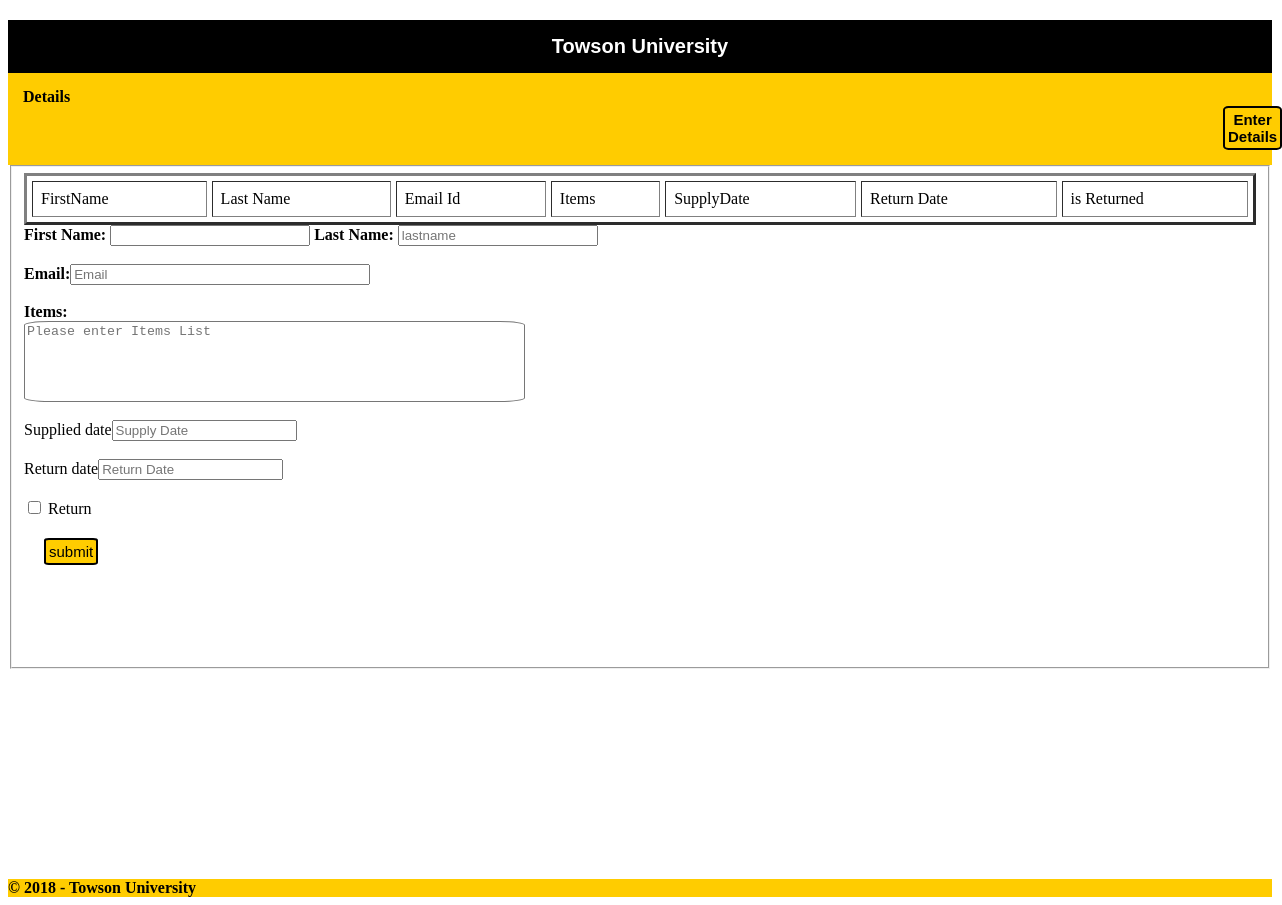
Repository: DatabaseCOSC578/eclipse-workspace11
Page: http://localhost/Supervisor/Supervisorshow.jsp
These files come from the project's save history. The page is drawn as it stood at one moment and after the next save; the edit follows.
The browser window is 1280 px wide. The page is 1282 px wide, so the pictures cover 1282 px, including what lies to the right of the window. The pictures show the whole page.
The page is served by Tomcat 9.

Above is the page before, as saved 2018-04-16 03:15:09.

After the next save:
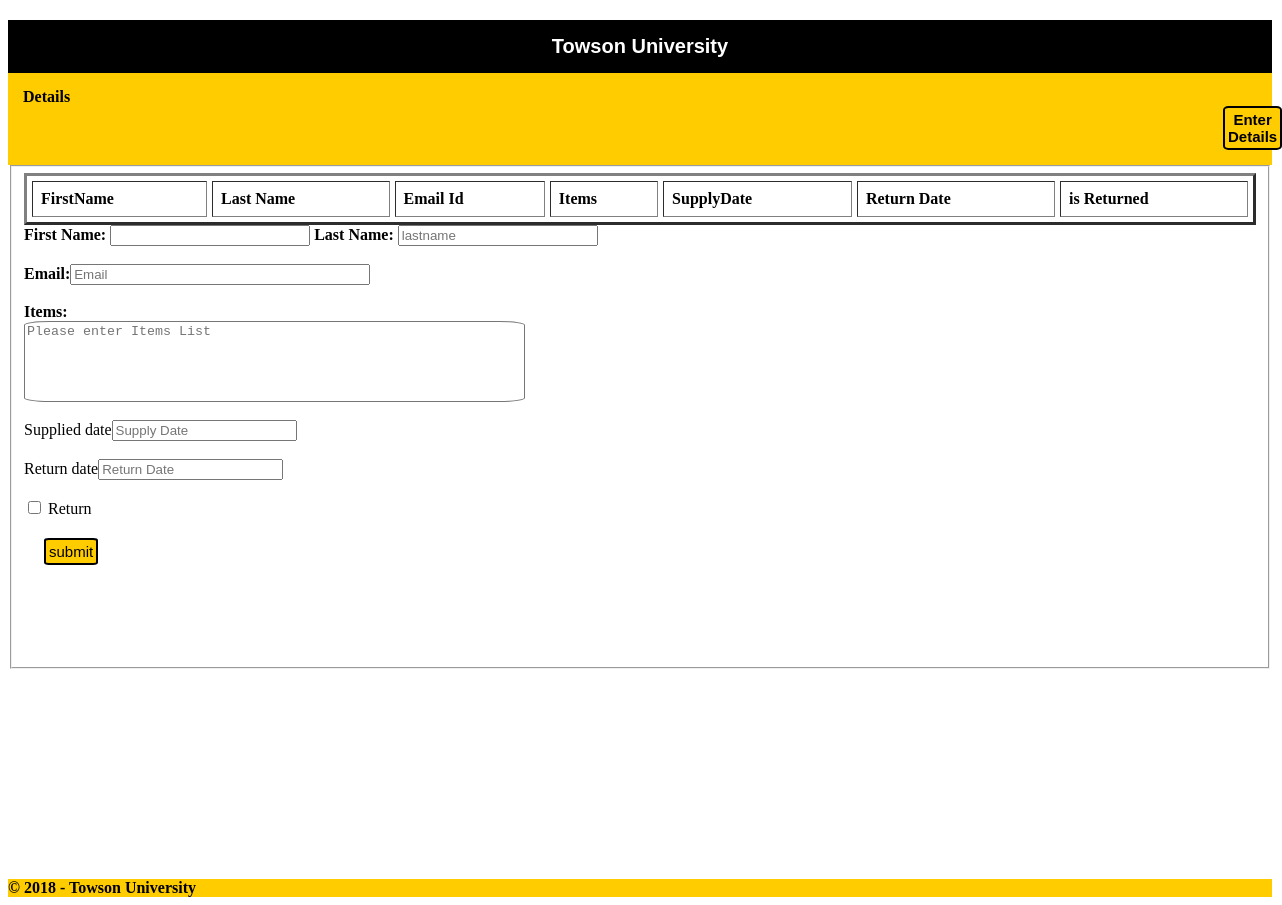
Saved 98 s later.
--- a/Supervisor/WebContent/Supervisorshow.jsp
+++ b/Supervisor/WebContent/Supervisorshow.jsp
@@ -16,13 +16,13 @@
 
 <TABLE  BORDER="3" colspan="2"  WIDTH="100%"   CELLPADDING="8" CELLSPACING="5">
    <TR>
-      <TD>FirstName</TD>
-      <TD>Last Name</TD>
-      <TD>Email Id</TD>
-      <TD>Items</TD>
-      <TD>SupplyDate</TD>
-      <TD>Return Date</TD>
-      <TD>is Returned </TD>
+      <TD><b>FirstName</b></TD>
+      <TD><b>Last Name</b></TD>
+      <TD><b>Email Id</b></TD>
+      <TD><b>Items</b></TD>
+      <TD><b>SupplyDate</b></TD>
+      <TD><b>Return Date</b></TD>
+      <TD><b>is Returned</b> </TD>
    </TR>
 </TABLE>
 
